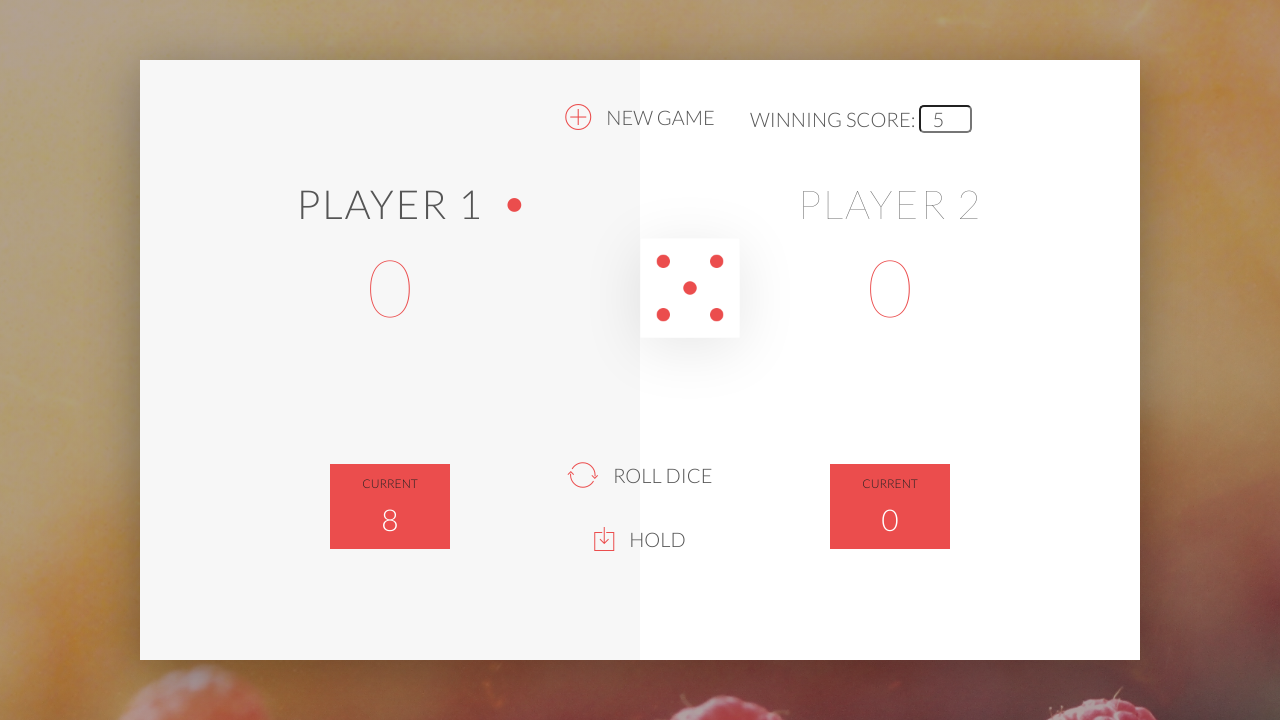
Repository: hexanek/hexanek.github.io
Page: pig-game/index.html
The author's editor kept a copy of each file at every save. The page is drawn from the files as they stood at one save, then again after the next save.
The browser window is 1280 px wide. The pictures show the whole page.
Empty fields were first filled with sample values (such as "Sample", 5 or name@example.com).
After loading, the first visible `button.btn-roll` was clicked once.

Above is the page before, as saved 2019-12-19 23:27:35.

### pig-game/index.html
<!DOCTYPE html>
<html lang="en">
    <head>
        <meta charset="UTF-8">
        <link href="https://fonts.googleapis.com/css?family=Lato:100,300,600" rel="stylesheet" type="text/css">
        <link href="http://code.ionicframework.com/ionicons/2.0.1/css/ionicons.min.css" rel="stylesheet" type="text/css">
        <link type="text/css" rel="stylesheet" href="style.css">

        <title>Pig Game</title>
    </head>

    <body>
        <div class="wrapper clearfix">
            <div class="player-0-panel active">
                <div class="player-name" id="name-0">Player 1</div>
                <div class="player-score" id="score-0">43</div>
                <div class="player-current-box">
                    <div class="player-current-label">Current</div>
                    <div class="player-current-score" id="current-0">11</div>
                </div>
            </div>

            <div class="player-1-panel">
                <div class="player-name" id="name-1">Player 2</div>
                <div class="player-score" id="score-1">72</div>
                <div class="player-current-box">
                    <div class="player-current-label">Current</div>
                    <div class="player-current-score" id="current-1">0</div>
                </div>
            </div>

            <button class="btn-new"><i class="ion-ios-plus-outline"></i>New game</button>
            <button class="btn-roll"><i class="ion-ios-loop"></i>Roll dice</button>
            <button class="btn-hold"><i class="ion-ios-download-outline"></i>Hold</button>
            <!-- <button class="btn-save" form="formScore"><i class="ion-archive"></i>Save</button> -->
            <form action="#" class="form-score" id="formScore">
            Winning score: <input class="input-score" type="number" name="WinningScore" id="winScore">
            </form>
            <img src="dice-5.png" alt="Dice" class="dice">
            <img src="dice-4.png" alt="Dice2" class="dice2" id="dice2">

        </div>

        <script src="app.js"></script>
    </body>
</html>

### pig-game/style.css
/**********************************************
*** GENERAL
**********************************************/

* {
    margin: 0;
    padding: 0;
    box-sizing: border-box;

}

.clearfix::after {
    content: "";
    display: table;
    clear: both;
}

body {
    background-image: linear-gradient(rgba(62, 20, 20, 0.4), rgba(62, 20, 20, 0.4)), url(back.jpg);
    background-size: cover;
    background-position: center;
    font-family: Lato;
    font-weight: 300;
    position: relative;
    height: 100vh;
    color: #555;
}

.wrapper {
    width: 1000px;
    position: absolute;
    top: 50%;
    left: 50%;
    transform: translate(-50%, -50%);
    background-color: #fff;
    box-shadow: 0px 10px 50px rgba(0, 0, 0, 0.3);
    overflow: hidden;
}

.player-0-panel,
.player-1-panel {
    width: 50%;
    float: left;
    height: 600px;
    padding: 100px;
}



/**********************************************
*** PLAYERS
**********************************************/

.player-name {
    font-size: 40px;
    text-align: center;
    text-transform: uppercase;
    letter-spacing: 2px;
    font-weight: 100;
    margin-top: 20px;
    margin-bottom: 10px;
    position: relative;
}

.player-score {
    text-align: center;
    font-size: 80px;
    font-weight: 100;
    color: #EB4D4D;
    margin-bottom: 130px;
}

.active { background-color: #f7f7f7; }
.active .player-name { font-weight: 300; }

.active .player-name::after {
    content: "\2022";
    font-size: 47px;
    position: absolute;
    color: #EB4D4D;
    top: -7px;
    right: 10px;

}

.player-current-box {
    background-color: #EB4D4D;
    color: #fff;
    width: 40%;
    margin: 0 auto;
    padding: 12px;
    text-align: center;
}

.player-current-label {
    text-transform: uppercase;
    margin-bottom: 10px;
    font-size: 12px;
    color: #222;
}

.player-current-score {
    font-size: 30px;
}

button {
    position: absolute;
    width: 200px;
    left: 50%;
    transform: translateX(-50%);
    color: #555;
    background: none;
    border: none;
    font-family: Lato;
    font-size: 20px;
    text-transform: uppercase;
    cursor: pointer;
    font-weight: 300;
    transition: background-color 0.3s, color 0.3s;
}


button:hover { font-weight: 600; }
button:hover i { margin-right: 20px; }

button:focus {
    outline: none;
}

i {
    color: #EB4D4D;
    display: inline-block;
    margin-right: 15px;
    font-size: 32px;
    line-height: 1;
    vertical-align: text-top;
    margin-top: -4px;
    transition: margin 0.3s;
}

.btn-new { top: 45px;}
.btn-roll { top: 403px;}
.btn-hold { top: 467px;}
.btn-save {
    left: 90%;
    top: 45px;
}
/* .input-score {
     top: 83px;
     position: absolute;
    width: 53px;
    left: 50%;
    transform: translateX(-50%);
    color: #555;
    background: none;
    border-radius: 5px;
    font-family: Lato;
    font-size: 20px;
    text-transform: uppercase;
    cursor: default;
    font-weight: 300;
    transition: background-color 0.3s, color 0.3s;
    } */
.input:focus{
    border: 3px solid #555;
}
.form-score{
    top: 45px;
     position: absolute;
    width: 240px;
    left: 73%;
    transform: translateX(-50%);
    color: #555;
    background: none;
    border-radius: 5px;
    font-family: Lato;
    font-size: 20px;
    text-transform: uppercase;
    cursor: default;
    font-weight: 300;
    transition: background-color 0.3s, color 0.3s;
}
.form-score input {
    text-align: center;
    width: 53px;
    color: #555;
    background: none;
    border-radius: 5px;
    font-family: Lato;
    font-size: 20px;
    text-transform: uppercase;
    cursor: default;
    font-weight: 300;
    transition: background-color 0.3s, color 0.3s;
}

.dice {
    position: absolute;
    left: 55%;
    top: 178px;
    transform: translateX(-50%);
    height: 100px;
    box-shadow: 0px 10px 60px rgba(0, 0, 0, 0.10);
}
.dice2 {
    position: absolute;
    left: 45%;
    top: 178px;
    transform: translateX(-50%);
    height: 100px;
    box-shadow: 0px 10px 60px rgba(0, 0, 0, 0.10);
}

.winner { background-color: #f7f7f7; }
.winner .player-name { font-weight: 300; color: #EB4D4D; }

### pig-game/app.js

var scores, roundScore, activePlayer, gamePlaying, doubleSix, winScore, dice2;
    init();



document.querySelector('.btn-roll').addEventListener('click', function(){
    if(gamePlaying){
    var dice = Math.floor(Math.random() * 6) + 1;
    var dice2 = Math.floor(Math.random() * 6) + 1;


    var diceDom = document.querySelector('.dice');
    diceDom.style.display = 'block';
    diceDom.src = 'dice-' + dice + '.png';

    var dice2Dom = document.querySelector('.dice2');
    diceDom.style.display = 'block';
    diceDom.src = 'dice-' + dice2 + '.png';

    if (dice !== 1 && doubleSix !== dice && doubleSix !== dice2) {

        doubleSix = dice;
        roundScore += dice;
        roundScore += dice2;
        document.querySelector('#current-' + activePlayer).textContent = roundScore;

    } else {

        nextPlayer();
        doubleSix = 0;

    }


}


});




document.querySelector('.btn-hold').addEventListener('click', function(){
    if(gamePlaying){
    scores[activePlayer] += roundScore;
    document.querySelector('#score-' + activePlayer).textContent = scores[activePlayer];
    doubleSix = 0;


    if (scores[activePlayer] >= winScore) {
        document.getElementById('name-' + activePlayer).textContent = 'Winner!';
        document.querySelector('.player-'+activePlayer+ '-panel').classList.add('winner');
        document.querySelector('.player-'+activePlayer+ '-panel').classList.remove('active');
        document.querySelector('.dice').style.display = 'none';
        document.querySelector('.dice2').style.display = 'none';
        gamePlaying = false;


    } else {
        nextPlayer();

    }
}
});

document.querySelector('.btn-new').addEventListener('click',  init);


function nextPlayer(){
    activePlayer === 0 ? activePlayer = 1 : activePlayer = 0;
        roundScore = 0;
        document.getElementById('current-0').textContent = '0';
        document.getElementById('current-1').textContent = '0';

        document.querySelector('.player-0-panel').classList.toggle('active');
        document.querySelector('.player-1-panel').classList.toggle('active');

        document.querySelector('.dice').style.display = 'none';
        document.querySelector('.dice2').style.display = 'none';
}

function init(){
    scores = [0,0];
    roundScore = 0;
    activePlayer = 0;
    gamePlaying = true;

    document.querySelector('.dice').style.display = 'none';
    document.querySelector('.dice2').style.display = 'none';

    //document.querySelector('#current-'+ activePlayer).textContent = dice;
    document.getElementById('score-0').textContent = '0';
    document.getElementById('score-1').textContent = '0';
    document.getElementById('current-0').textContent = '0';
    document.getElementById('current-1').textContent = '0';
    document.getElementById('name-0').textContent = 'Player 1';
    document.getElementById('name-1').textContent = 'Player 2';
    document.querySelector('.player-0-panel').classList.remove('winner');
    document.querySelector('.player-1-panel').classList.remove('winner');
    document.querySelector('.player-0-panel').classList.remove('active');
    document.querySelector('.player-1-panel').classList.remove('active');
    document.querySelector('.player-0-panel').classList.add('active');
    winScore = document.getElementById('winScore').value;


}

After the next save:
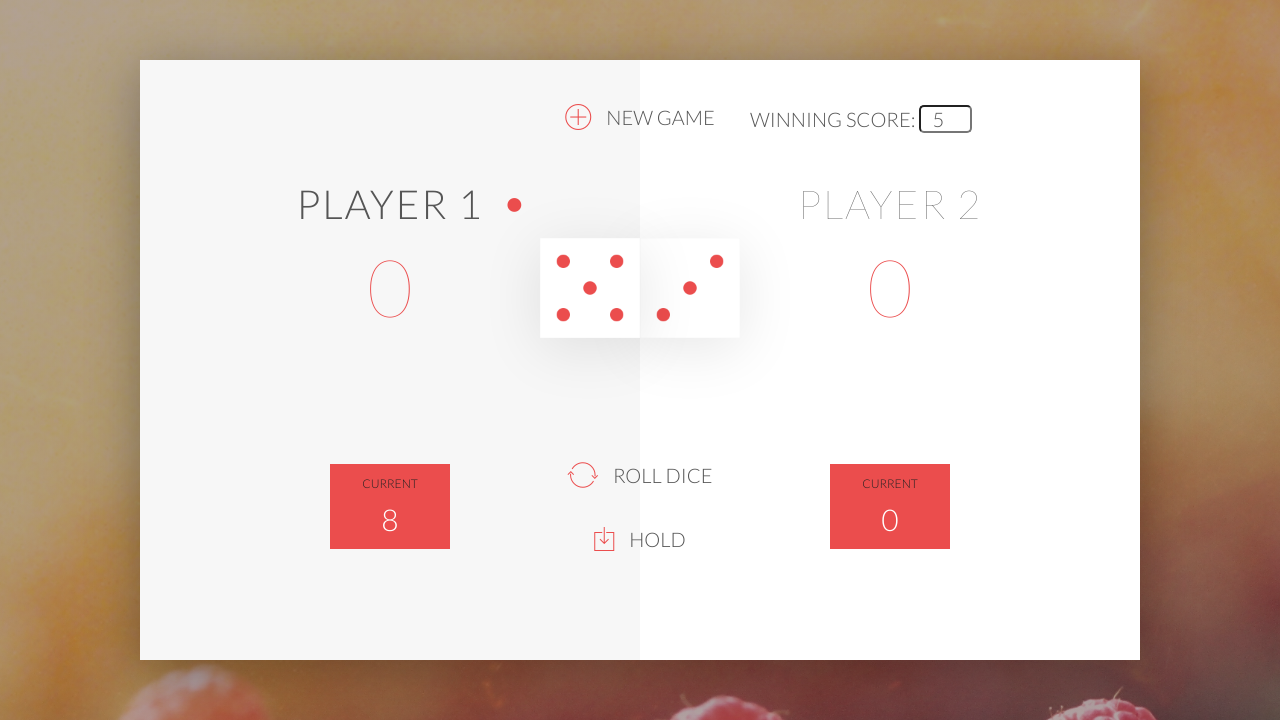
Saved 48 s later.
--- a/pig-game/app.js
+++ b/pig-game/app.js
@@ -15,8 +15,8 @@ document.querySelector('.btn-roll').addEventListener('click', function(){
     diceDom.src = 'dice-' + dice + '.png';
 
     var dice2Dom = document.querySelector('.dice2');
-    diceDom.style.display = 'block';
-    diceDom.src = 'dice-' + dice2 + '.png';
+    dice2Dom.style.display = 'block';
+    dice2Dom.src = 'dice-' + dice2 + '.png';
 
     if (dice !== 1 && doubleSix !== dice && doubleSix !== dice2) {
 
